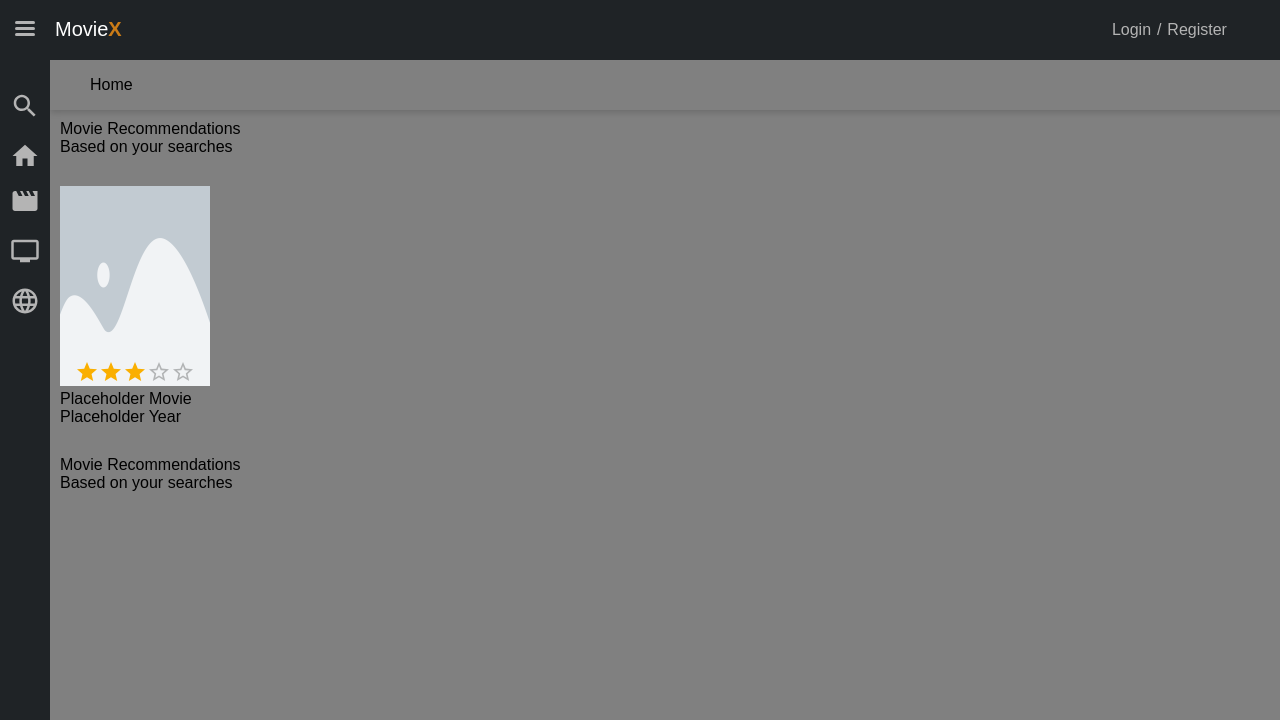
Repository: Amad-Mlinka/MovieTVBrowserNext
Page: /
These files come from the project's save history. The page is drawn as it stood at one moment and after the next save; the edit follows.
The browser window is 1280 px wide. The pictures show the whole page.
The project was rebuilt for these pictures with package versions that can differ from the ones it lists, and the page was loaded fresh each time. The framework's server and built-in components were replaced by stand-ins that run in the browser. Also part of the build but not shown: next.config.js.

Above is the page before, as saved 2021-08-06 21:57:28.

### pages/_app.js
import Layout from '../components/layout/Layout'
import '../styles/globals.scss'


function MyApp({ Component, pageProps }) {
  return (
    <Layout>
      <Component {...pageProps} />
    </Layout>


  )
}

export default MyApp

### pages/index.js
import Head from 'next/head'
import Image from 'next/image'
import homeStyles from '../styles/Home.module.scss'
import placeholder from "../public/placeholder.png"
import { Button, Rating } from '@material-ui/core'


export default function Home() {
  return (
    <>
      <header className={homeStyles.header}>
        <div className={homeStyles.heading}>
          Home
        </div>
        <div className={homeStyles.buffer}></div>
      </header>
      <div className={homeStyles.content}>
        <div className="movieRecommendations">
          <div className="recommendationHeader">
            <span>Movie Recommendations</span>
          </div>
          <div className="recommendationSubHeader">
            <span>Based on your searches</span>
          </div>
          <div className={homeStyles.mediaList}>
            <div className={homeStyles.media}>
              <div className={homeStyles.mediaContainer}>
                <Image src={placeholder} height="200" width="150" />
                <div className={homeStyles.mediaOverlay}>
                  <div className={homeStyles.mediaRating}>
                    <Rating value="3"></Rating>
                    <span className={`${homeStyles.mediaRatingText} ${homeStyles.mediaOverlayItem}`}> 3/5</span>
                  </div>
                  <div className={`${homeStyles.mediaGenre} ${homeStyles.mediaOverlayItem}`}>
                    <span className={`${homeStyles.mediaGenreText}`}> Drama</span>
                  </div>
                  <div className={`${homeStyles.mediaDetails} ${homeStyles.mediaOverlayItem}`}>
                    <Button variant="contained" color="success">
                      Success
                    </Button>
                  </div>

                </div>
              </div>
              <div className={homeStyles.mediaTitle}>
                <span className={homeStyles.mediaTitleText}> Placeholder Movie</span>
              </div>
              <div className={homeStyles.mediaYear}>
                <span className={homeStyles.mediaYearText}> Placeholder Year</span>
              </div>
            </div>
          </div>
        </div>
        <div className="tvRecommendations">
          <div className="recommendationHeader">
            <span>Movie Recommendations</span>
          </div>
          <div className="recommendationSubHeader">
            <span>Based on your searches</span>
          </div>
        </div>
      </div>
    </>

  )
}

### components/layout/Layout.tsx
import React, { useState } from 'react'
import Nav from '../nav/Nav'
import layoutStyles from "../../styles/Layout.module.scss"

const Layout = ({children}) => {
    const [sidebarOpen, setsidebarOpen] = useState(false)
    const [sidebarLock, setSidebarLock] = useState(false);
    const sidebarToggle = () => {
        setsidebarOpen(!sidebarOpen);
    }
    const sidebarLockToggle = () => {
        setSidebarLock(!sidebarLock);
    }
    return (
        <>
        <Nav sidebarOpen={sidebarOpen} setSidebarOpen={sidebarToggle} sidebarLock={sidebarLock} setSidebarLock={sidebarLockToggle}/>
        <main className={`${layoutStyles.main} ${sidebarOpen ? layoutStyles.hamburgerOpen : layoutStyles.hamburgerClose}`}>
            {children}
        </main>
        </>

    )
}

export default Layout

### styles/globals.scss
html, body {
  overflow: hidden;
  height: 100%;
}
body {
  background: #fff;
  padding: 0;
  margin: 0;
  font-family: 'Varela Round', sans-serif;
}

a {
  color: inherit;
  text-decoration: none;
}

* {
  box-sizing: border-box;
}

### styles/Home.module.scss
@import "general.scss";

.header {
  position: relative;
  display: flex;
  flex-direction: row;
  justify-content: flex-start;
}
.heading {
  position: fixed;
  width: 100%;
  align-items: center;
  box-shadow: 0 3px 6px 0 rgb(0 0 0 / 15%);
  color: black;
  display: flex;
  flex-shrink: 0;
  font-size: 16px;
  height: 50px;
  justify-content: space-between;
  padding-left: 40px;
  padding-right: 25px;
  z-index: 1;
}
.buffer {
  height: 50px;
  width: 100%;
  margin-bottom: 10px;
}
.content {
  padding-left: 10px;
}
.mediaList {
  margin: 30px 0px;
}

.media {
  width: fit-content;
  height: fit-content;
  &:hover{
    .mediaOverlay{
      top: 0px;
    }
  }

}

.mediaContainer {
  position: relative;
  overflow: hidden;
}

.mediaOverlay {
  position: absolute;
  top: 150px;
  width: 100%;
  height: 100%;
  display: flex;
  flex-direction: column;
  justify-content: center;
  align-items: center;
  transition: top .5s ease-in;
}
.mediaOverlayItem{
  margin:10px 0px;
}
.mediaRating{
  display: flex;
  flex-direction: column;
  justify-content: center;
  align-items: center;
}

@keyframes fadeInUp {
  from {
      transform: translate3d(0, 30px, 0);
      opacity: 0;
  }

  to {
      transform: translate3d(0, 0, 0);
      opacity: 1;
  }
}

### components/nav/Nav.tsx
import React from 'react'
import Sidebar from '../sidebar/Sidebar'
import Navbar from '../navbar/Navbar';


const Nav = (props) => {

    return (
        <>
            <Navbar  sidebarOpen={props.sidebarOpen} setSidebarOpen={props.setSidebarOpen} sidebarLock={props.sidebarLock} setSidebarLock={props.setSidebarLock}/>
            <Sidebar sidebarOpen={props.sidebarOpen} setSidebarOpen={props.setSidebarOpen} sidebarLock={props.sidebarLock}/>
        </>
    )
}

export default Nav

### styles/Layout.module.scss
@import "general.scss";

.main{
    position: fixed;
    left: 50px;
    top: 60px;
    transition: all .5s ease;
    width: 100%;
    height: 100%;
    background: gray;

}

.hamburgerClose{
    left: 50px;
    transition: all .5s ease;
}

.hamburgerOpen{
    left: 250px;
}

### styles/general.scss
@import "variables.scss";
.dNone{
    display: none !important;
}
.dBlock{
    display: block !important;
}

### styles/variables.scss
$base-color:#1f2326;
$secondary-color:#cb7c17;
$tertiary-color:#b4b4b4;

@mixin breakpoint($point) {
    @if $point == min-desktop {
      @media (min-width: 993px) { @content ; }
   }
    @else if $point == min-laptop {
      @media (min-width: 769px) { @content ; }
   }
     @else if $point == min-tablet {
      @media (min-width: 361px) { @content ; }
   }
   @else if $point == min-mobile {
      @media (min-width: 0px)  { @content ; }

   }@else if $point == max-desktop {
      @media (max-width: 1200px) { @content ; }

   }@else if $point == max-laptop {
      @media (max-width: 992px) { @content ; }
   }
     @else if $point == max-tablet {
      @media (max-width: 768px) { @content ; }
   }
   @else if $point == max-mobile {
      @media (max-width: 360px)  { @content ; }

   }
 }

### components/sidebar/Sidebar.tsx
/*Imports */
import React, { useState } from 'react'

/*Material components*/
import SidebarLink from "./SidebarLink"


/*Icons*/
import HomeIcon from '@material-ui/icons/Home';
import SearchIcon from '@material-ui/icons/Search';
import MovieIcon from '@material-ui/icons/Movie';
import TvIcon from '@material-ui/icons/Tv';
import LanguageIcon from '@material-ui/icons/Language';
import KeyboardArrowDownIcon from '@material-ui/icons/KeyboardArrowDown';

/*Import Plugins*/
import $ from "jquery"


/*Styles*/
import sidebarStyles from "../../styles/Sidebar.module.scss"


const Sidebar = (props) => {
    const tvDropdown = {
        History: "link",
        Recomendations: "link",
        Bla: "bla"
    }
    const movieDropdown = {
        History: "link",
        Recomendations: "link",
        Bla: "bla"

    }
    const languageDropdown = {
        English: "hi",
        Bosnian: "zdravo"
    }
    return (
        <div className={`${sidebarStyles.sidebar} ${props.sidebarOpen ? sidebarStyles.sidebarActive : ""}`}
        onMouseEnter={()=>{
            if(!props.sidebarOpen && props.sidebarLock){
                props.setSidebarOpen(!props.sidebarOpen);
            }
        }}
        onMouseLeave={() => {
            if(props.sidebarOpen && props.sidebarLock){
                props.setSidebarOpen(!props.sidebarOpen);
            }
        }}
        >

            <div className={sidebarStyles.sidebarMenu}>
                <ul className={`${sidebarStyles.sidebarList}`}>
                    <SidebarLink type="search" sidebarOpen={props.sidebarOpen} />

                    <SidebarLink type="singleLink" text="Home" icon={<HomeIcon/>} sidebarOpen={props.sidebarOpen}  />

                    <SidebarLink type="dropdown" text="Movies" icon={<MovieIcon/>} sidebarOpen={props.sidebarOpen} dropdownLinks ={movieDropdown}/>

                    <SidebarLink type="dropdown" text="TV Shows" icon={<TvIcon/>} sidebarOpen={props.sidebarOpen} dropdownLinks ={tvDropdown}/>

                    <SidebarLink type="dropdown" text="Languages" icon={<LanguageIcon/>} sidebarOpen={props.sidebarOpen} dropdownLinks ={languageDropdown}/>

                </ul>
            </div>

        </div>
    )
}

export default Sidebar

### components/navbar/Navbar.tsx
/*Imports */
import React from 'react'

/*Material components*/
import Avatar from '@material-ui/core/Avatar';

/*Icons*/

/*Import Plugins*/


/*Styles*/
import navStyles from "../../styles/Navbar.module.scss"

const Navbar = (props) => {
    return (
        <header className={navStyles.header}>
        <div className={navStyles.left}>
            <div className={navStyles.hamburgerLogo}>
                <div className={navStyles.hamburger} onClick={()=>{
                        props.setSidebarOpen(!props.sidebarOpen);
                        props.setSidebarLock(!props.sidebarLock);

                    }}>
                    <div className={`${navStyles.spinner} ${navStyles.diagonal} ${props.sidebarOpen ? navStyles.part1Active : ""}`}></div>
                    <div className={`${navStyles.spinner} ${navStyles.horizontal} ${props.sidebarOpen ? navStyles.horizontalActive : ""}`}></div>
                    <div className={`${navStyles.spinner} ${navStyles.diagonal} ${props.sidebarOpen ? navStyles.part2Active : ""}`}></div>
                </div>
                <div data-end="X" className={navStyles.logo}>
                    <span>Movie</span>
                </div>
            </div>


        </div>
        <div className={navStyles.right}>
            <div className={navStyles.profile}>
                <div className={`${navStyles.loggedIn} ${navStyles.dNone} `}>

                    <Avatar className={navStyles.avatar} alt="Amad Mlinaric"> AM </Avatar>
                </div>
                <div className={`${navStyles.notLoggedIn} `}>
                    <div className={navStyles.loginRegister}>
                        <div className={navStyles.login}>
                            <span>Login</span>
                        </div>
                        <span>/</span>
                        <div className={navStyles.register}>
                            <span>Register</span>
                        </div>
                    </div>
                </div>
            </div>
        </div>

    </header>
    )
}

export default Navbar

### components/sidebar/SidebarLink.tsx
/*Imports */
import React, { useEffect, useState } from 'react'

/*Material components*/


/*Icons*/
import HomeIcon from '@material-ui/icons/Home';
import SearchIcon from '@material-ui/icons/Search';
import MovieIcon from '@material-ui/icons/Movie';
import TvIcon from '@material-ui/icons/Tv';
import LanguageIcon from '@material-ui/icons/Language';
import KeyboardArrowDownIcon from '@material-ui/icons/KeyboardArrowDown';

/*Import Plugins*/
import $ from "jquery"


/*Styles*/
import sidebarStyles from "../../styles/Sidebar.module.scss"



const SidebarLink = (props) => {
    const types = ["search", "singleLink", "dropdown"]
    const [open, setOpen] = useState(false);
    useEffect(() => {
        setOpen(false);
    }, [props.sidebarOpen])
    return (
        <>
            {
                props.type === types[0] ?
                    <li className={`${sidebarStyles.sidebarLink} ${sidebarStyles.sidebarSearch} ${props.sidebarOpen ? sidebarStyles.sidebarSearchActive : ""}`}>
                        <div className={` ${sidebarStyles.searchContainer}`} >
                            <SearchIcon className={sidebarStyles.searchIcon} />
                            <input type="search" name="searchBar" className={`${sidebarStyles.searchBar} ${!props.sidebarOpen ? sidebarStyles.searchBarClosed : ""}`} ></input>
                        </div>
                    </li>
                    :
                    props.type === types[1] ?
                        <li className={sidebarStyles.sidebarLink}>
                            <div className={sidebarStyles.sidebarLinkMain}>
                                {props.icon}
                                <span className={`${sidebarStyles.sidebarText}  ${props.sidebarOpen ? sidebarStyles.sidebarTextActive : ""}`}>{props.text}</span>
                            </div>
                        </li>
                        :
                        <li className={sidebarStyles.sidebarLink} onClick={() => {
                            setOpen(!open)
                        }
                        }>
                            <div className={sidebarStyles.sidebarLinkMain}>
                                {props.icon}
                                <span className={`${sidebarStyles.sidebarText}  ${props.sidebarOpen ? sidebarStyles.sidebarTextActive : ""}`}>{props.text}</span>
                                <KeyboardArrowDownIcon />
                            </div>
                            <div className={`${sidebarStyles.sidebarDropdown} ${open ? sidebarStyles.open : ""}`}>
                                <ul className={`${sidebarStyles.sidebarDropdownLinks}  `}>
                                    {
                                        Object.entries(props.dropdownLinks).map(([name, link]) => (
                                            <li className={sidebarStyles.sidebarDropdownLink} key={name}>{name}</li>
                                        ))

                                    }
                                </ul>
                            </div>
                        </li>
            }
        </>


    )
}

export default SidebarLink

### styles/Sidebar.module.scss
@import "general.scss";
.sidebar {
    position: fixed;
    top: 60px;
    width: 50px;
    height: 100%;
    transition: width 0.5s;
    background: $base-color;
    display: flex;
    flex-direction: column;
    overflow: hidden;
    z-index: 2;
}
.sidebarActive {
    width: 100%;
}

.sidebarList {
    list-style-type: none;
    padding: 0;
    width: 100%;

    .sidebarLink {
        height: fit-content;
        min-height: 50px;
        display: flex;
        flex-direction: column;
        position: relative;
        justify-content: center;
        padding-top: 10px;
        width: 200px;
        &:hover {
            cursor: pointer;
            background: rgba($color: $tertiary-color, $alpha: 0.1);
        }
    }
    .sidebarLinkMain {
        display: flex;
        align-items: center;

    }
    .sidebarText {
        margin-left: 20px;
        color: $tertiary-color;
        width: 100px;
        max-height: 19px;
        min-width: 79px;
        font-weight: bold;
    }
    svg {
        color: $tertiary-color;
        font-size: 30px;
        margin-left: 10px;
    }
    .dropdownIcon {
        font-size: 40px !important;
        &:hover {
            border-radius: 50%;
            border: 0px solid $tertiary-color;
            background: rgba($color: $tertiary-color, $alpha: 0.1);
        }
    }
    .sidebarDropdown {
        position: relative;
        margin-left: 10px;
        max-height: 0;
        transition: max-height 0.35s ease-out;
        overflow: hidden;
        margin-top: 10px;
        .sidebarDropdownLinks {
            list-style: none;
            .sidebarDropdownLink {
                color: $tertiary-color;
                height: 30px;
                font-size: 15px;
            }
        }
    }
    .open {
        max-height: 500px;
        transition: max-height 0.35s ease-in;
    }
}
.sidebarSearch {
    margin-left: 0;
    transition: all 0.5s;
}
.sidebarSearchActive {
    margin-left: 10px;
    width: 100% !important;
    display: flex;
    justify-content: center;
    align-items: center;
    &:hover {
        cursor: pointer;
        background: rgba($color:transparent, $alpha: 0.1) !important;
    }
}
.search {
    background: $base-color;
    width: 100%;
    display: flex;
    flex-direction: column;
    justify-content: center;
    align-items: center;
    visibility: hidden;
}
.searchActive {
    visibility: visible !important;
}
.searchContainer {
    width: 80%;
    display: flex;
    align-items: center;
}
.searchIcon {
    position: absolute;
    color: #b4b4b4;
    opacity: 100 !important;
}

.searchBar {
    width: 100%;
    background: #303437;
    border: 0;
    height: 40px;
    border-radius: 5px;
    padding-left: 45px;
    caret-color: black;
    transition: all 0.3s ease-in-out;
    visibility: visible;
    opacity: 100;
    &:focus {
        background: white;
        outline: none;
    }

}
.searchBarClosed{
    visibility: hidden;
    opacity: 0;
}

@include breakpoint(min-tablet) {
    .sidebarSearchActive {
        margin-left: 10px;
        width: 100% !important;
        display: flex;
        justify-content: flex-start;
        align-items: flex-start;
        &:hover{
            background: transparent;
        }
    }
    .sidebarActive {
        width: 250px;
    }
}

### styles/Navbar.module.scss
@import "general.scss";
//***************************Header***************************//

.header {
    display: flex;
    flex-direction: row;
    justify-content: space-between;
    width: 100%;
    background: $base-color;
    height: 60px;
    position: fixed;
    z-index: 1;
}
.left {
    display: flex;
    flex-direction: row;
    width: 50%;
    justify-content: flex-start;
    align-items: center;
    height: 100%;
}
.hamburgerLogo {
    display: flex;
    flex-direction: row;
}
.hamburger {
    box-sizing: border-box;
    cursor: pointer;
    z-index: 99;
    height: 25px;
    width: 25px;
    margin: 0px 15px;
}
.spinner {
    box-sizing: border-box;
    position: absolute;
    height: 3px;
    width: 20px;
    background-color: #b4b4b4;
    border-radius: 5px;
    margin-top: 3px;
}
.horizontal {
    box-sizing: border-box;
    position: relative;
    transition: all ease-out 0.3s;
}
.horizontalActive{
    display: none;
}
.diagonal {
    box-sizing: border-box;
    position: relative;
    transition: all ease-out 0.3s;
}
.part1Active{
    transform: rotate(
        45deg
        );
        top: 4px;

}
.part2Active{
    transform: rotate(
        315deg
        );
    bottom: 2px;
}
.logo {
    &::after {
        content: "X";
        color: $secondary-color;
        font-weight: bolder;
        font-size: 20px;
    }
    span{
        display: none;
    }
    font-size: 20px;
    color: white;

}

.right{
    height: 100%;
    display: flex;
    flex-direction: row-reverse;
    align-items: center;
    width: 50%;
}
.expandButton{
    font-size: 40px;
    color: $tertiary-color;

}
.profile{
    display: flex;
    flex-direction: row;
    justify-content:flex-start;
   .loggedIn{
       display: flex;
   }
    .notLoggedIn{
        .loginRegister{
            display: flex;
            flex-direction: row;
            justify-content: space-between;
            color: #b4b4b4;
            width: 115px;
            margin-right: 10px;
        }

    }
}

@include breakpoint(min-tablet){


    .header {
        display: flex;
        flex-direction: row;
        justify-content: space-between;
        width: 100%;
        background: $base-color;
        height: 60px;
    }
    .left {
        display: flex;
        flex-direction: row;
        width: 50%;
        justify-content: flex-start;
        align-items: center;
        height: 100%;
    }
    .logo {
        font-size: 20px;
        color: white;
        span{
            display: inline;
        }
        &::after {
            content: attr(data-end);
            color: $secondary-color;
            font-weight: bolder;
        }
    }
    .search {
        position: relative;
        margin-left: 10px;
        top: 0;
        left: 0;
    }

    .expandButton{
        display: none;
    }
    .right{
        height: 100%;
        display: flex;
        flex-direction: row-reverse;
        align-items: center;
        width: 50%;
    }
    .profile{
        display: flex;
        flex-direction: row;
        width: 33%;
        justify-content: center;
        .loggedIn{
            .avatar{
                margin-left: 45px;
            }
        }
        .notLoggedIn{
            .loginRegister{
                display: flex;
                flex-direction: row;
                justify-content: space-between;
                color: #b4b4b4;
                width: 115px;
            }

        }
    }


}

After the next save:
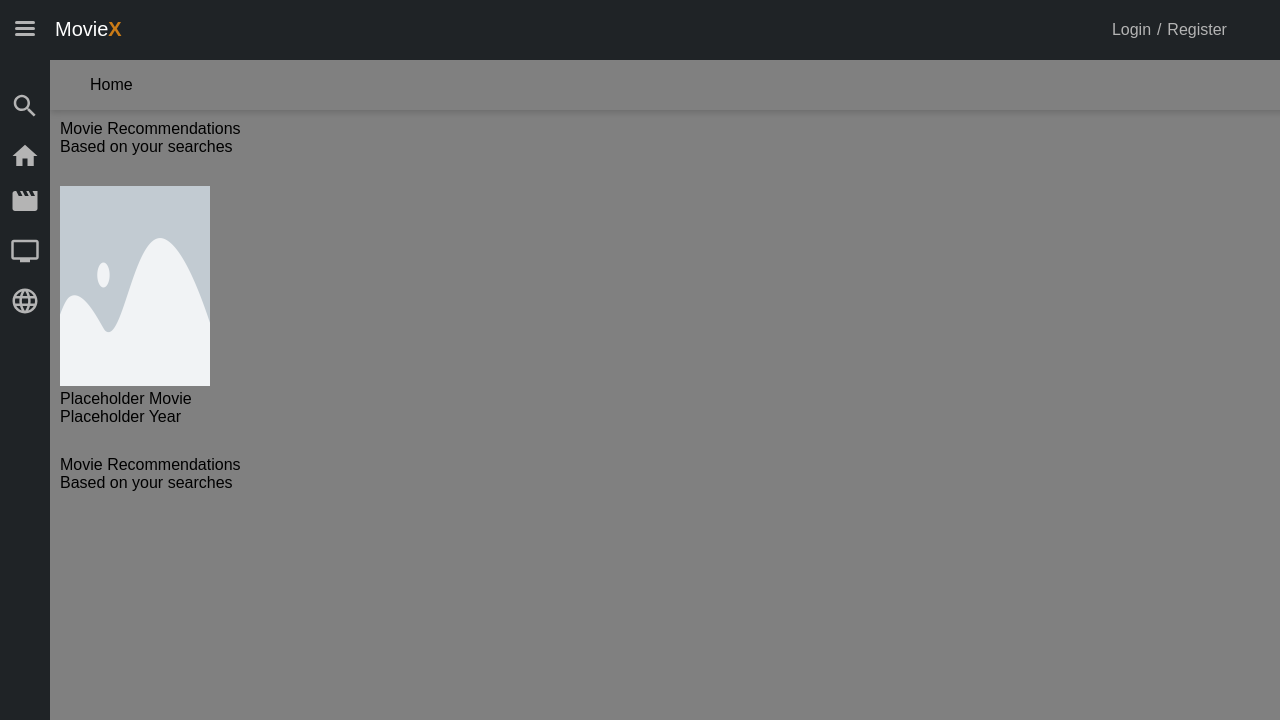
Saved 10 s later.
--- a/styles/Home.module.scss
+++ b/styles/Home.module.scss
@@ -51,7 +51,7 @@
 
 .mediaOverlay {
   position: absolute;
-  top: 150px;
+  top: 190px;
   width: 100%;
   height: 100%;
   display: flex;
